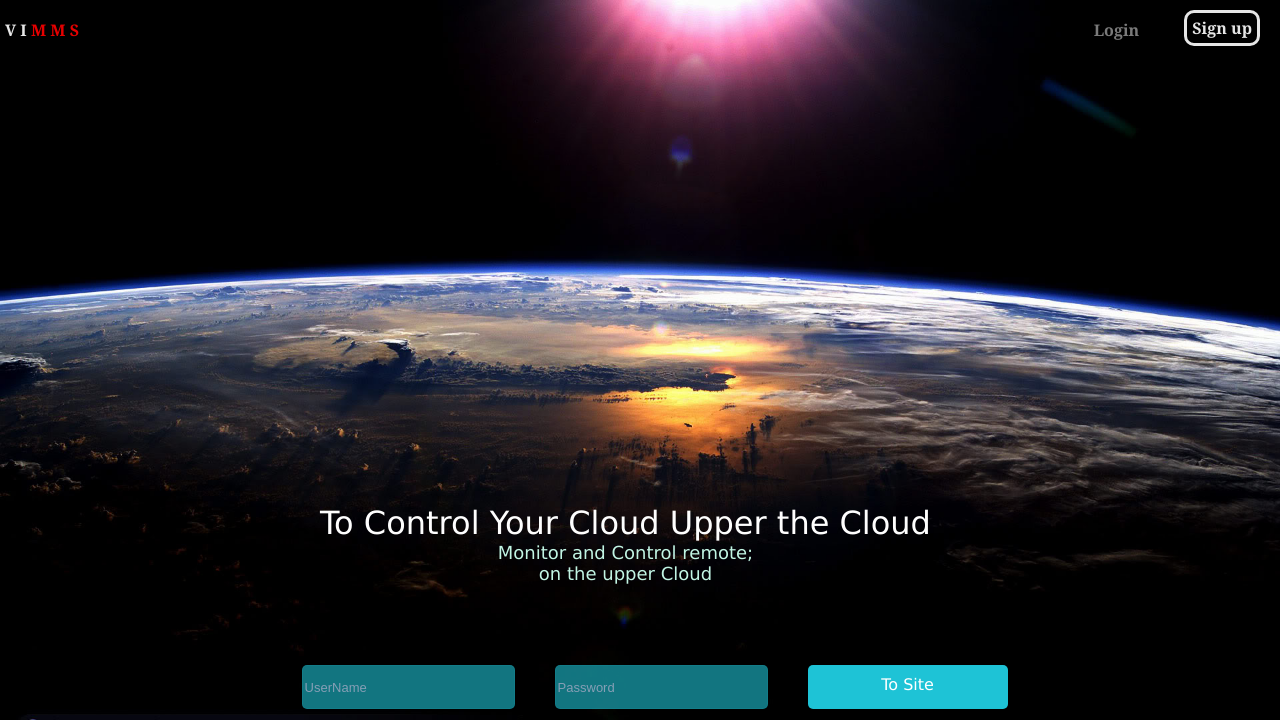
Repository: Freshield/GAEJSP
Page: GAEtesting/war/index.html
These files come from the project's save history. The page is drawn as it stood at one moment and after the next save; the edit follows.
The browser window is 1280 px wide. The pictures show the whole page.

Above is the page before, as saved 2016-03-09 06:10:17.

After the next save:
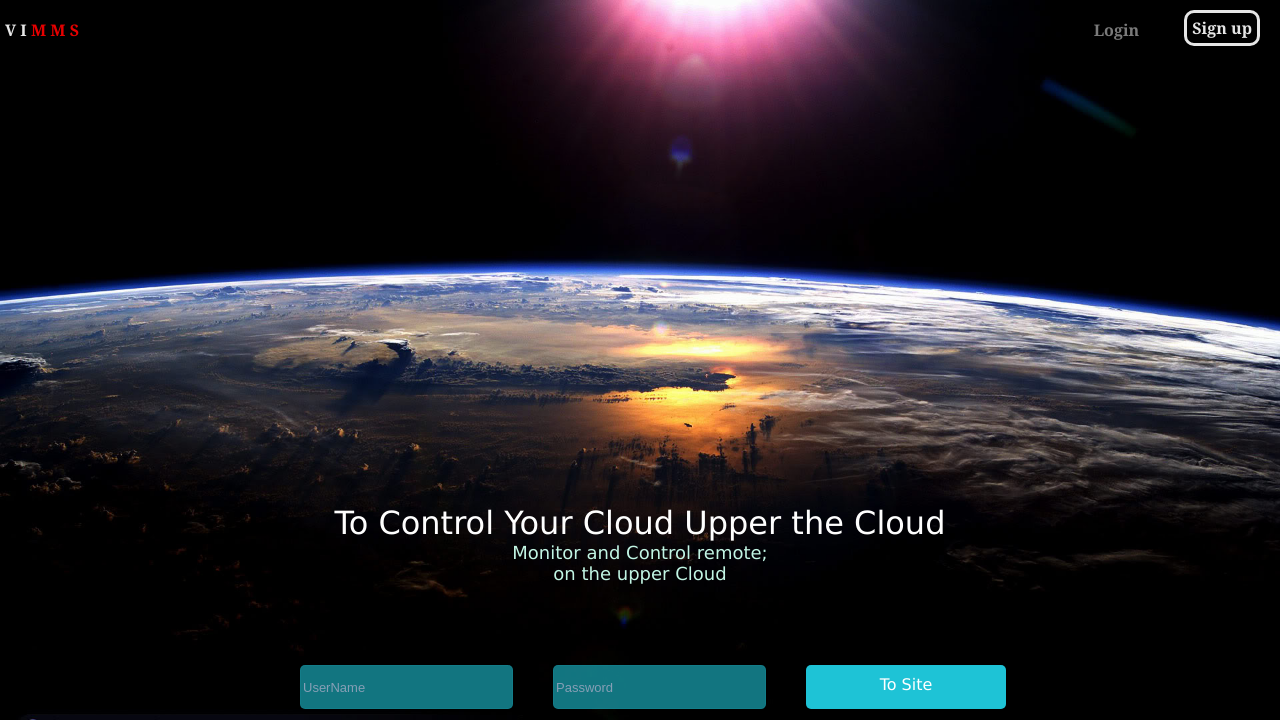
Saved 12 h 19 min later.
--- a/GAEtesting/war/index.html
+++ b/GAEtesting/war/index.html
@@ -21,7 +21,7 @@
         #top_header{
             height:50px;
             background:#fff;
-            background:rgba(255, 255, 255, 0) none repeat scroll 0 0 !important;/*实现FF背景透明，文字不透明*/
+            background:rgba(255, 255, 255, 0) none repeat scroll 0 0 !important;/*瀹炵幇FF鑳屾櫙閫忔槑锛屾枃瀛椾笉閫忔槑*/
             width:100%;
             line-height:60px;
             position:absolute;
@@ -77,7 +77,9 @@
         #WORD{
             position: absolute;
             top: 70%;
-            left: 25%;
+            left: 50%;
+            width: 800px;
+            margin: 0px 0px 0px -400px;
             text-align: center;
 
         }
@@ -95,8 +97,9 @@
         /*---------------------SIGN IN PLACE------------------*/
         #SIGNIN{
             position: absolute;
-            left: 22%;
+            left: 50%;
             width: 800px;
+            margin: 0px 0px 0px -400px;
             bottom: 5px;
             display: inline-table;
         }
@@ -105,6 +108,9 @@
             height: 50px;
             margin: 0px 20px;
             font-family: Verdana,sans-serif;
+        }
+        #USERNAME{
+            margin-left: 60px;
         }
         #usernametext,#passwordtext{
             height: 40px;
@@ -195,7 +201,7 @@
         xmlhttp.open("POST","/Redirction",true);
 
         xmlhttp.setRequestHeader("Content-Length",str.length);
-        xmlhttp.setRequestHeader("Content-Type","application/x-www-form-urlencoded;");  //用POST的时候一定要有这句
+        xmlhttp.setRequestHeader("Content-Type","application/x-www-form-urlencoded;");  //鐢≒OST鐨勬椂鍊欎竴瀹氳鏈夎繖鍙�
 
         xmlhttp.send(str);
 
